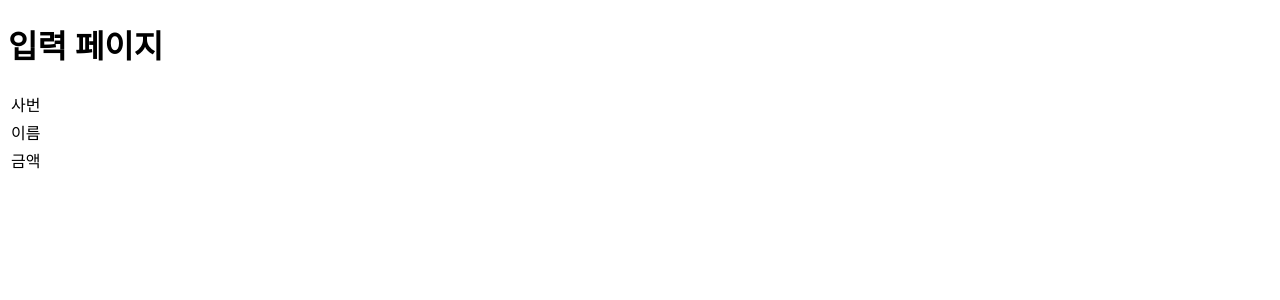
Repository: Deepsky110/LectureNotes
Page: http://localhost/web09/emp/add.jsp
The author's editor kept a copy of each file at every save. The page is drawn from the files as they stood at one save, then again after the next save.
The browser window is 1280 px wide. The pictures show the whole page.
The page is served by Tomcat 9.

Above is the page before, as saved 2020-07-08 02:08:16.

After the next save:
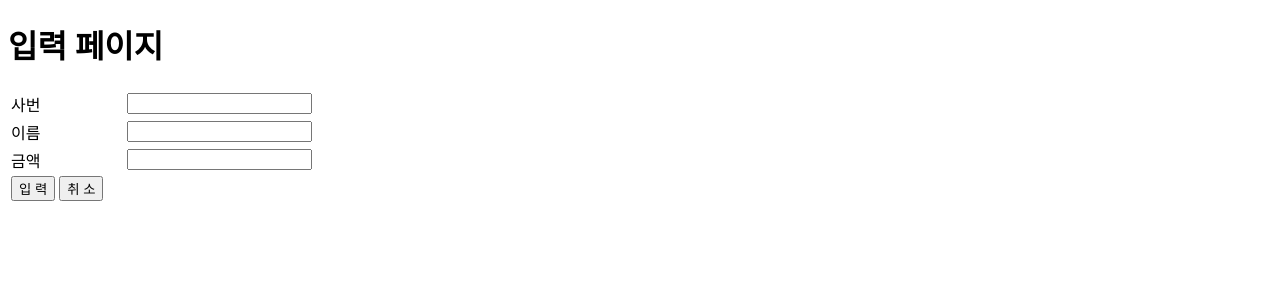
Saved 70 s later.
--- a/web09/WebContent/emp/add.jsp
+++ b/web09/WebContent/emp/add.jsp
@@ -12,18 +12,21 @@
 		<table width="800">
 			<tr>
 				<td>사번</td>
-				<td></td>
+				<td><input type="text" name="sabun"></td>
 			</tr>
 			<tr>
 				<td>이름</td>
-				<td></td>
+				<td><input type="text" name="name"></td>
 			</tr>
 			<tr>
 				<td>금액</td>
-				<td></td>
+				<td><input type="text" name="pay"></td>
 			</tr>
 			<tr>
-				<td colspan="2"></td>
+				<td colspan="2">
+					<input type="submit" value="입 력">
+					<input type="reset" value="취 소">
+				</td>
 			</tr>
 		</table>
 	</form>
